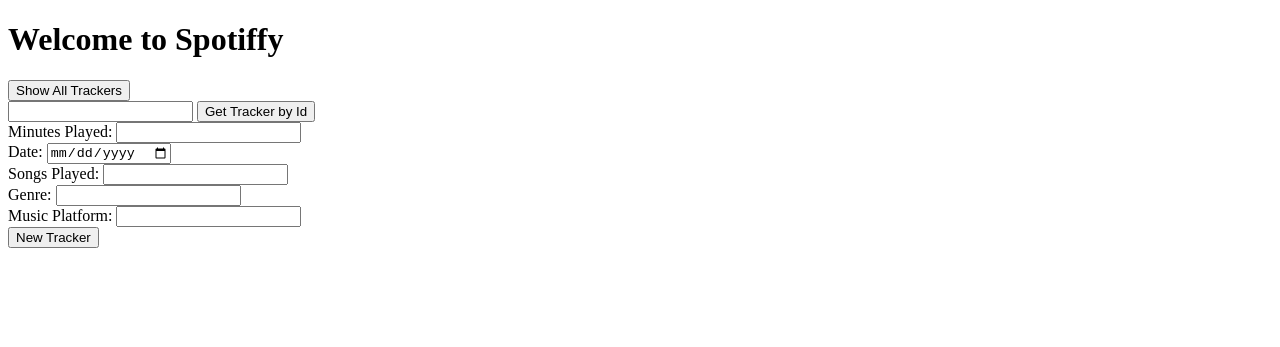
Repository: wcylou/EventTrackerProject
Page: SpotifyREST/src/main/webapp/index.html
An editor plug-in stored every save of this project. The page is shown before and after the next save, followed by the edit.
The browser window is 1280 px wide. The pictures show the whole page.

Above is the page before, as saved 2018-07-19 14:44:22.

### SpotifyREST/src/main/webapp/index.html
<!DOCTYPE html>
<html lang="en" dir="ltr">
  <head>
    <meta charset="utf-8">
    <title></title>
  </head>
  <body>
  <h1>Welcome to Spotiffy</h1>

  <button id ="showAllTrackers">Show All Trackers</button>

  <form name="inputForm">
    <input type="number" name="trackerId">
    <button name="lookup">Get Tracker by Id</button>
  </form>

  <form name="createTrackerForm" id="createTrackerForm">
    Minutes Played: <input type="number" name="minutesPlayed"><br>
    Date: <input type="date" name="date"><br>
    Songs Played: <input type="number" name="songsPlayed"><br>
    Genre: <input type="text" name="genre"><br>
    Music Platform: <input type="text" name="musicPlatform"><br>
    <button name="create">New Tracker</button>
  </form>

  <div id="output">
    <div id="trackerData"></div>
    <div id="actorData"></div>
  </div>


    <script src="js/script.js" charset="utf-8"></script>
  </body>
</html>

### SpotifyREST/src/main/webapp/js/script.js
window.addEventListener('load', function(e) {
  console.log('document loaded');
  init();
});

function init() {
  document.inputForm.lookup.addEventListener('click', function(event) {
    event.preventDefault();
    var trackerId = document.inputForm.trackerId.value;
    if (!isNaN(trackerId) && trackerId > 0) {
      getTracker(trackerId);
    }
  })
  document.createTrackerForm.create.addEventListener('click', function(event) {
	  event.preventDefault();
	  createTracker();
  })
  var btn = document.getElementById('showAllTrackers')
   btn.addEventListener('click', function(event) {
	  event.preventDefault();
	  getAllTrackers();
  })
}

function getAllTrackers() {
	var xhr = new XMLHttpRequest();

	xhr.open('GET', "api/trackers/", true);

	xhr.onreadystatechange = function() {
		if (xhr.readyState === 4 && xhr.status < 400) {
			var trackers = JSON.parse(xhr.responseText);
			displayAllTrackers(trackers);
			console.log(trackers);
		}

		if (xhr.readyState === 4 && xhr.status >= 400) {
			console.log("test");
			trackerData.textContent = "Tracker not found";
		}
	};
	xhr.send(null);
}

function getTracker(trackerId) {
	var xhr = new XMLHttpRequest();

	var filmData = document.getElementById("trackerId");
	var link = "api/trackers/" + trackerId;
	xhr.open('GET', link, true);

	xhr.onreadystatechange = function() {
		if (xhr.readyState === 4 && xhr.status < 400) {
			var tracker = JSON.parse(xhr.responseText);
			displayTracker(tracker);
			console.log(tracker);
		}

		if (xhr.readyState === 4 && xhr.status >= 400) {
			console.log("test");
			trackerData.textContent = "Tracker not found";
		}
	};
	xhr.send(null);
}

function displayTracker(tracker) {
  var dataDiv = document.getElementById('trackerData');
  dataDiv.textContent = '';

  var header = document.createElement('h1');
  header.textContent = tracker.id;
  var body = document.createElement('blockquote');
  var ul = document.createElement('ul');
  var li = document.createElement('li');
  var li2 = document.createElement('li');
  var li3 = document.createElement('li');
  var li4 = document.createElement('li');
  var li5 = document.createElement('li');
  li.textContent = tracker.minutesPlayed;
  li2.textContent = tracker.date;
  li3.textContent = tracker.songsPlayed;
  li4.textContent = tracker.genre;
  li5.textContent = tracker.musicPlatform;
  ul.appendChild(li);
  ul.appendChild(li2);
  ul.appendChild(li3);
  ul.appendChild(li4);
  ul.appendChild(li5);
  dataDiv.appendChild(header);
  dataDiv.appendChild(body);
  dataDiv.appendChild(ul);
}

function displayAllTrackers(trackers) {
	var table = document.createElement('table');
	var tableHead = document.createElement('thead');
	var tableRow = document.createElement('tr');
	var tableHead2 = document.createElement('th');
	var tableHead3 = document.createElement('th');
	var tableHead4 = document.createElement('th');
	var tableHead5 = document.createElement('th');
	var tableHead6 = document.createElement('th');
	tableHead2.textContent = 'Minutes Played';
	tableHead3.textContent = 'Date';
	tableHead4.textContent = 'Songs Played';
	tableHead5.textContent = 'Genre';
	tableHead6.textContent = 'Music Platform';
	var tableBody = document.createElement('tbody');

	table.appendChild(tableHead);
	tableHead.appendChild(tableRow);
	tableRow.appendChild(tableHead2);
	tableRow.appendChild(tableHead3);
	tableRow.appendChild(tableHead4);
	tableRow.appendChild(tableHead5);
	tableRow.appendChild(tableHead6);

	for(var i = 0; i < trackers.length; i++) {
	    var tableRow2 = document.createElement('tr');
	    var tableData = document.createElement('td');
	    var tableData2 = document.createElement('td');
	    var tableData3 = document.createElement('td');
	    var tableData4 = document.createElement('td');
	    var tableData5 = document.createElement('td');
	    tableData.textContent = trackers[i].minutesPlayed;
	    tableData2.textContent = trackers[i].date;
	    tableData3.textContent = trackers[i].songsPlayed;
	    tableData4.textContent = trackers[i].genre;
	    tableData5.textContent = trackers[i].musicPlatform;
	    tableRow2.appendChild(tableData);
	    tableRow2.appendChild(tableData2);
	    tableRow2.appendChild(tableData3);
	    tableRow2.appendChild(tableData4);
	    tableRow2.appendChild(tableData5);
	    tableBody.appendChild(tableRow2);
	}

	table.appendChild(tableBody);

	document.body.appendChild(table);

}

function createFilm() {
	var form = document.getElementById('createFilmForm');
	var film = {};
	film.title = form.filmTitle.value;
	film.description = form.description.value;
	film.releaseYear = Number(form.releaseYear.value);
	film.rating = form.rating.value;
	film.length = Number(form.length.value);
	console.log(film);
	var xhr = new XMLHttpRequest();
	xhr.open("POST", "api/films", true);
	xhr.setRequestHeader("Content-Type", "application/json");
	xhr.onreadystatechange = function() {
		if (xhr.readyState === 4 && xhr.status < 400) {
			var film = JSON.parse(xhr.responseText);
			displayFilm(film);

		}

		if (xhr.readyState === 4 && xhr.status >= 400) {
			actorData.textContent = "Film not created";
		}
	};
	xhr.send(JSON.stringify(film));
}

After the next save:
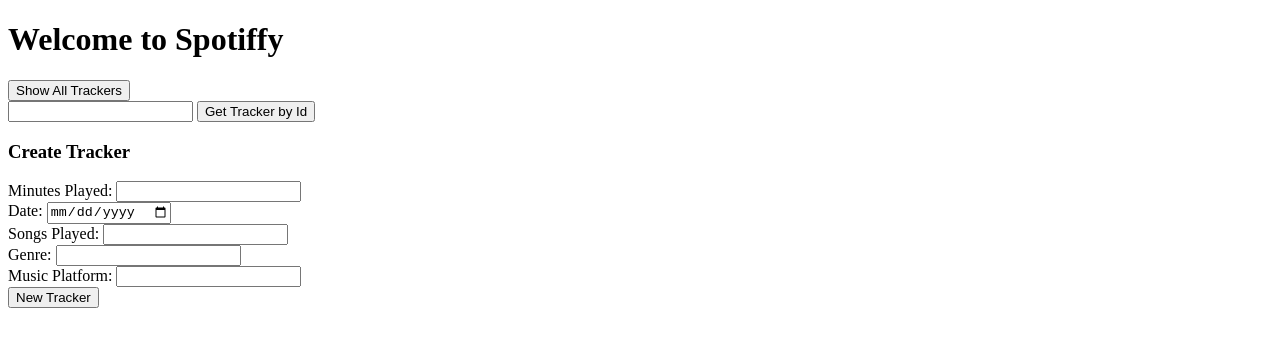
Saved 15 s later.
--- a/SpotifyREST/src/main/webapp/index.html
+++ b/SpotifyREST/src/main/webapp/index.html
@@ -14,6 +14,7 @@
     <button name="lookup">Get Tracker by Id</button>
   </form>
 
+  <h3>Create Tracker</h3>
   <form name="createTrackerForm" id="createTrackerForm">
     Minutes Played: <input type="number" name="minutesPlayed"><br>
     Date: <input type="date" name="date"><br>
